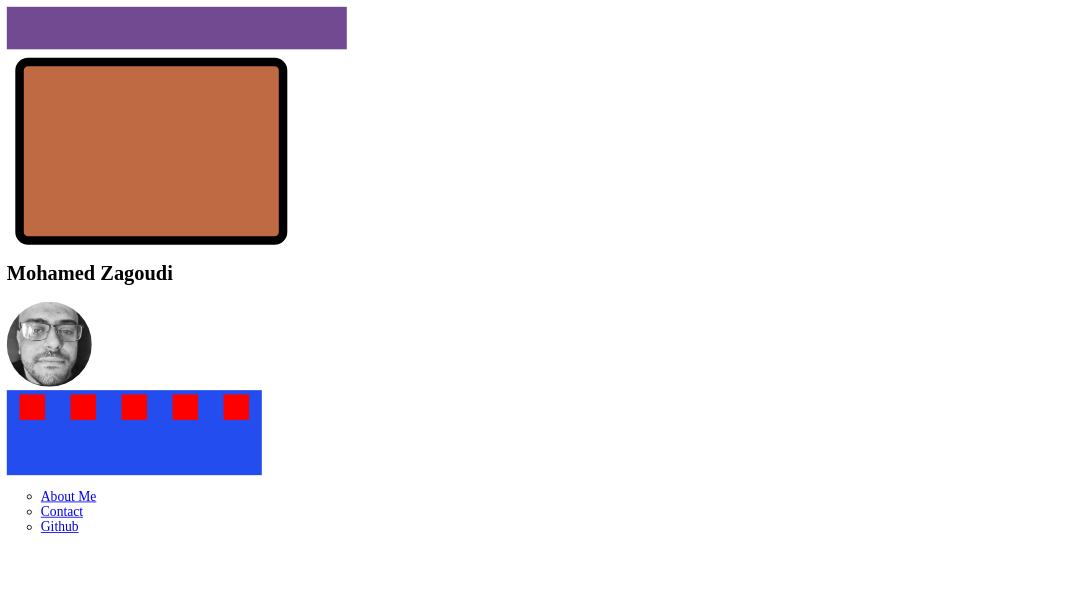
Repository: Mohzagou/Eersteportofolio
Page: index.html
These files come from the project's save history. The page is drawn as it stood at one moment and after the next save; the edit follows.
The browser window is 1280 px wide. The pictures show the whole page, at 85% of full size.

Above is the page before, as saved 2022-06-07 19:37:08.

After the next save:
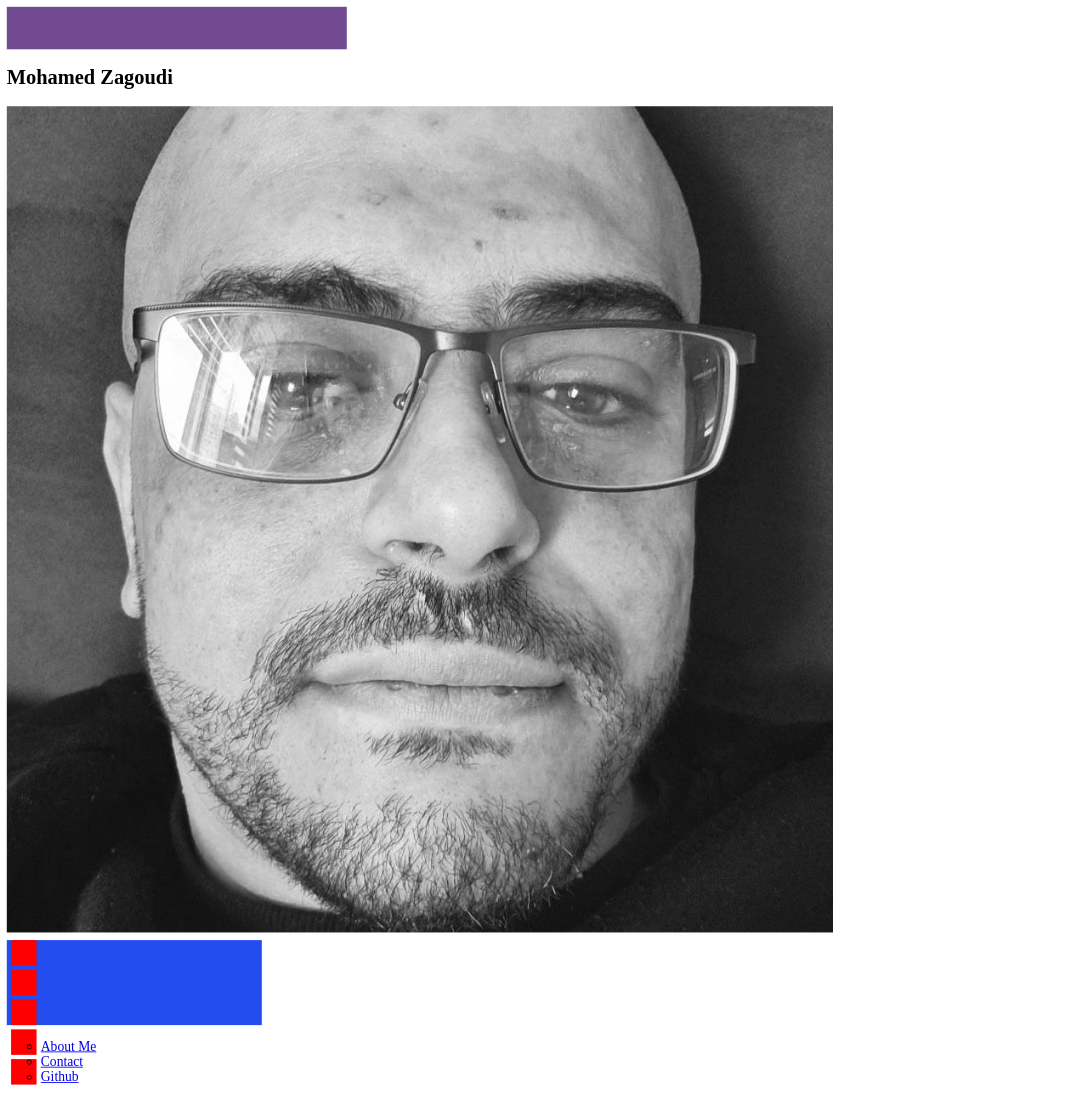
Saved 66 s later.
--- a/styles.css
+++ b/styles.css
@@ -1,4 +1,4 @@
-header {
+    header {
     width: 400px;
     height: 50px;
     background-color: rgb(113, 74, 145);
@@ -8,33 +8,24 @@
     width: 300px;
     height: 100px;
     background-color: #234def;
-    display: flex;
-    flex-direction: row;
-    flex-wrap: wrap;
-    justify-content: space-around;
-}
-
-.about-me {
-    width: 300px;
-    height: 200px;
-    background-color: rgb(177, 69, 21, 0.8);
-    margin: 10px;
-    border: solid black 10px;
-    border-radius: 15px;
-}
-
-.avatar {
-    width: 100px;
-    border-radius: 50px;
-}
-
-#name {
-    color: black;
-}
-
-.test {
-    width: 30px;
-    height: 30px;
-    background-color: red;
-    margin: 5px;
-}
+    .about-me {
+        width: 300px;
+        height: 200px;
+        background-color: rgb(177, 69, 21, 0.8);
+        margin: 10px;
+        border: solid black 10px;
+        border-radius: 15px;
+    }
+    .avatar {
+        width: 100px;
+        border-radius: 50px;
+    }
+    #name {
+        color: black;
+    }
+    .test {
+        width: 30px;
+        height: 30px;
+        background-color: red;
+        margin: 5px;
+    }

After the save that followed:
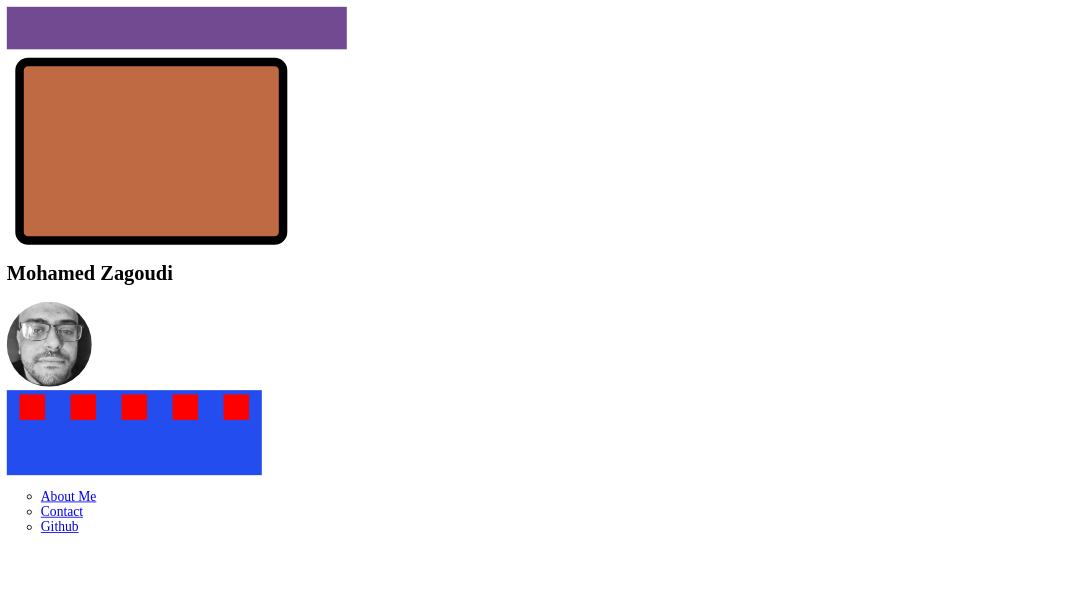
Saved 13 s later.
--- a/styles.css
+++ b/styles.css
@@ -1,4 +1,4 @@
-    header {
+header {
     width: 400px;
     height: 50px;
     background-color: rgb(113, 74, 145);
@@ -8,24 +8,33 @@
     width: 300px;
     height: 100px;
     background-color: #234def;
-    .about-me {
-        width: 300px;
-        height: 200px;
-        background-color: rgb(177, 69, 21, 0.8);
-        margin: 10px;
-        border: solid black 10px;
-        border-radius: 15px;
-    }
-    .avatar {
-        width: 100px;
-        border-radius: 50px;
-    }
-    #name {
-        color: black;
-    }
-    .test {
-        width: 30px;
-        height: 30px;
-        background-color: red;
-        margin: 5px;
-    }
+    display: flex;
+    flex-direction: row;
+    flex-wrap: wrap;
+    justify-content: space-around;
+}
+
+.about-me {
+    width: 300px;
+    height: 200px;
+    background-color: rgb(177, 69, 21, 0.8);
+    margin: 10px;
+    border: solid black 10px;
+    border-radius: 15px;
+}
+
+.avatar {
+    width: 100px;
+    border-radius: 50px;
+}
+
+#name {
+    color: black;
+}
+
+.test {
+    width: 30px;
+    height: 30px;
+    background-color: red;
+    margin: 5px;
+}
